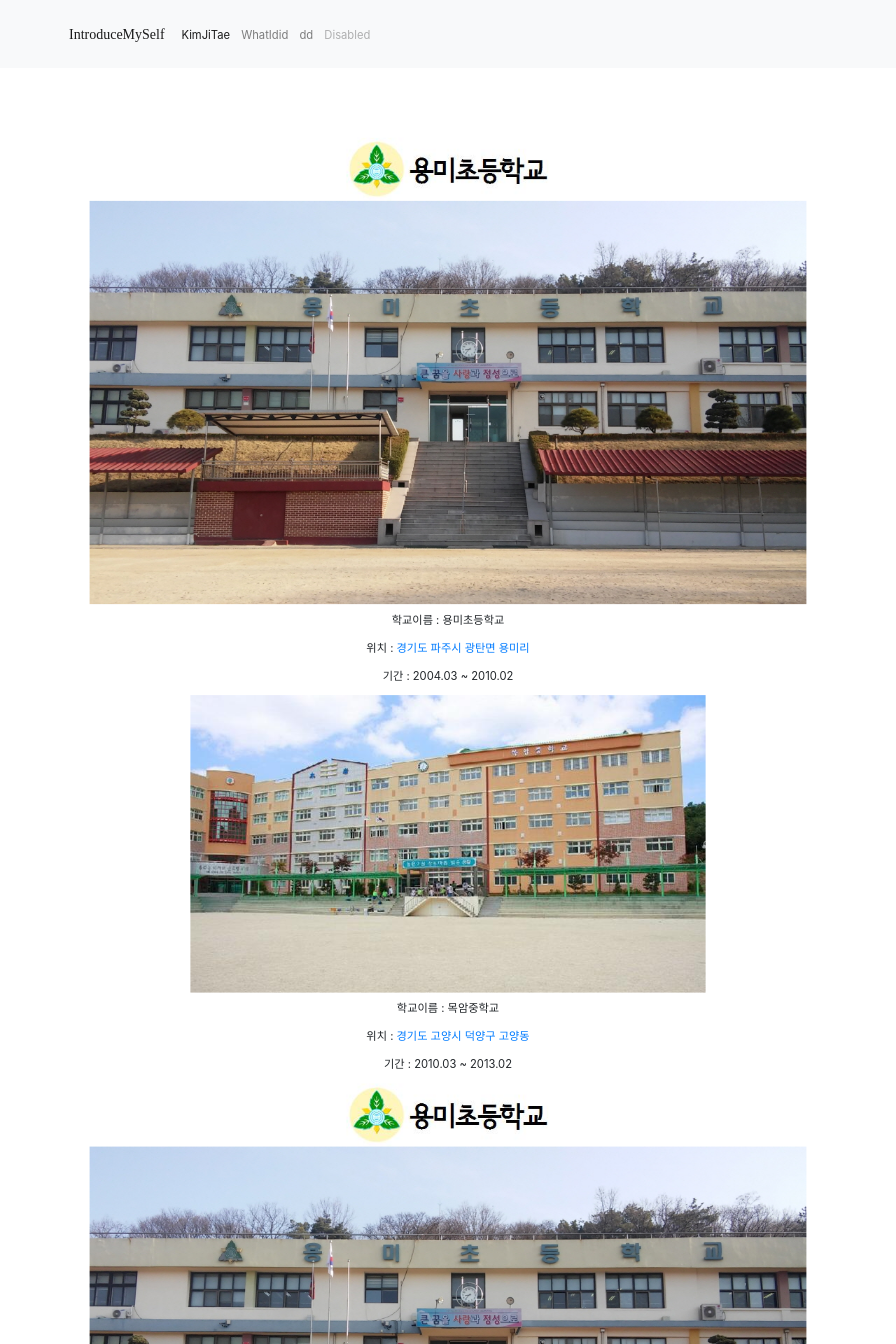
Repository: wlxo0401/IntroduveMySelf
Page: IntroduceMySelf/WebContent/KimJiTae.html
The author's editor kept a copy of each file at every save. The page is drawn from the files as they stood at one save, then again after the next save.
The browser window is 1280 px wide. The pictures show the part of the page from y = 0 to 1920 px (the page is 3218 px tall before and 3118 px after), at 70% of full size.

Above is the page before, as saved 2020-03-11 07:12:25.

After the next save:
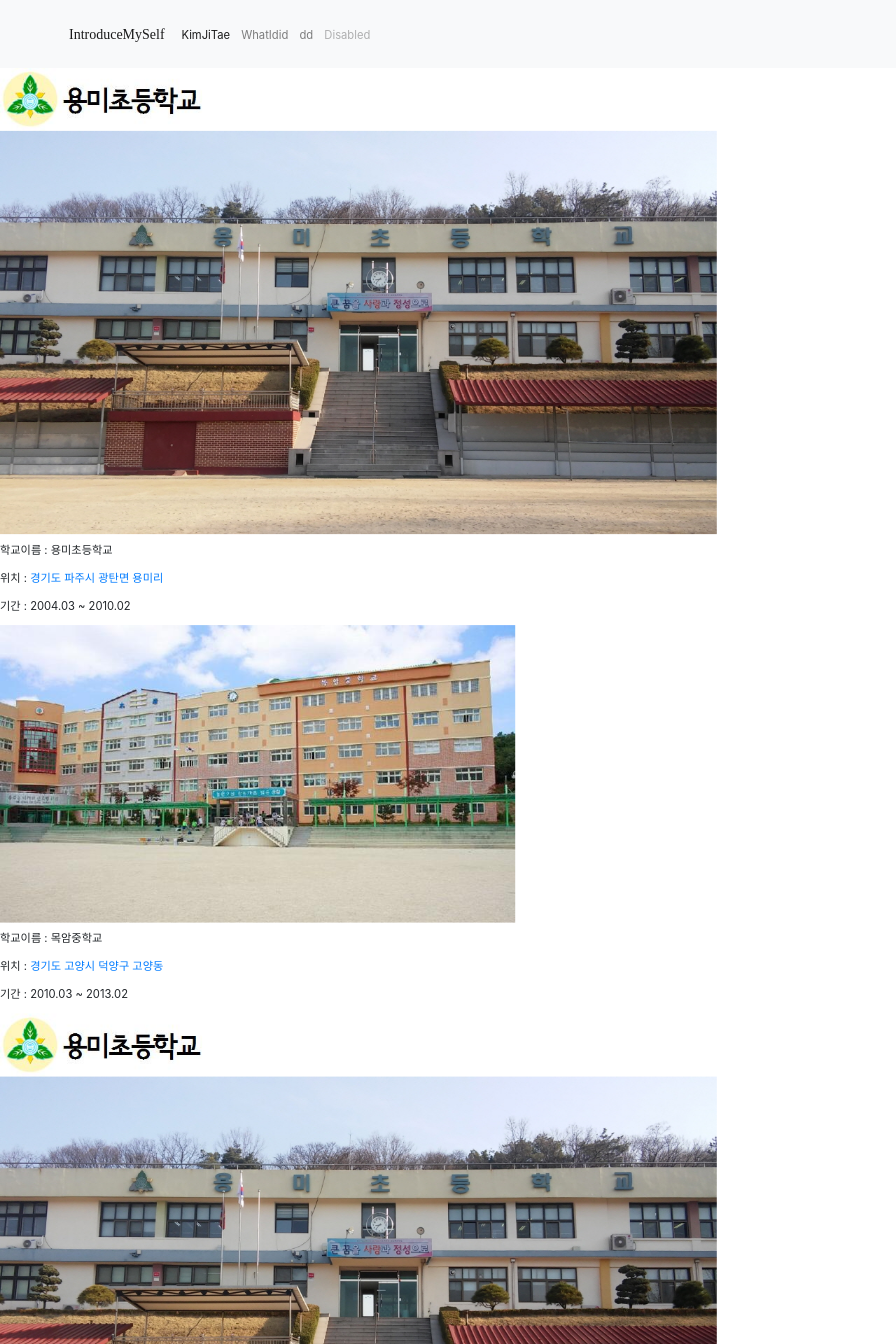
Saved 13 s later.
--- a/IntroduceMySelf/WebContent/style.css
+++ b/IntroduceMySelf/WebContent/style.css
@@ -3,7 +3,7 @@
 	padding: 0;
 }
 
-.container-school{
+.container{
 	margin-top: 100px;
 	text-align: center;
 }

After the save that followed:
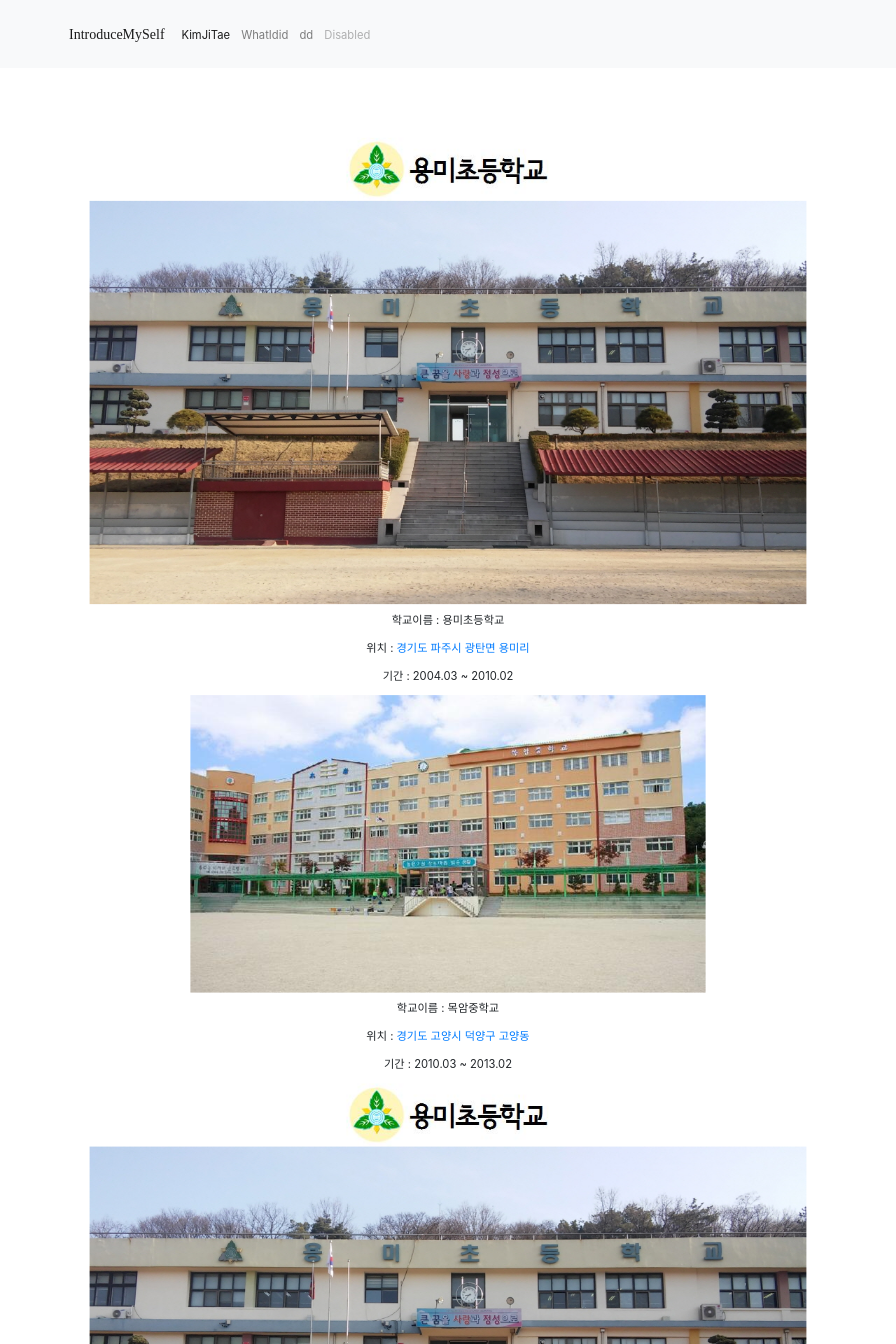
Saved 20 s later.
--- a/IntroduceMySelf/WebContent/KimJiTae.html
+++ b/IntroduceMySelf/WebContent/KimJiTae.html
@@ -41,7 +41,7 @@
 	</div>
 	<!-- //header -->
 	<!-- container -->
-	<div class = "container-school">
+	<div class = "container">
 		<div class = "ElementarySchool">
 			<img src="img/eslogo.jpg" alt="My Image">
 			<img src="img/espic.jpg" alt="My Image">
